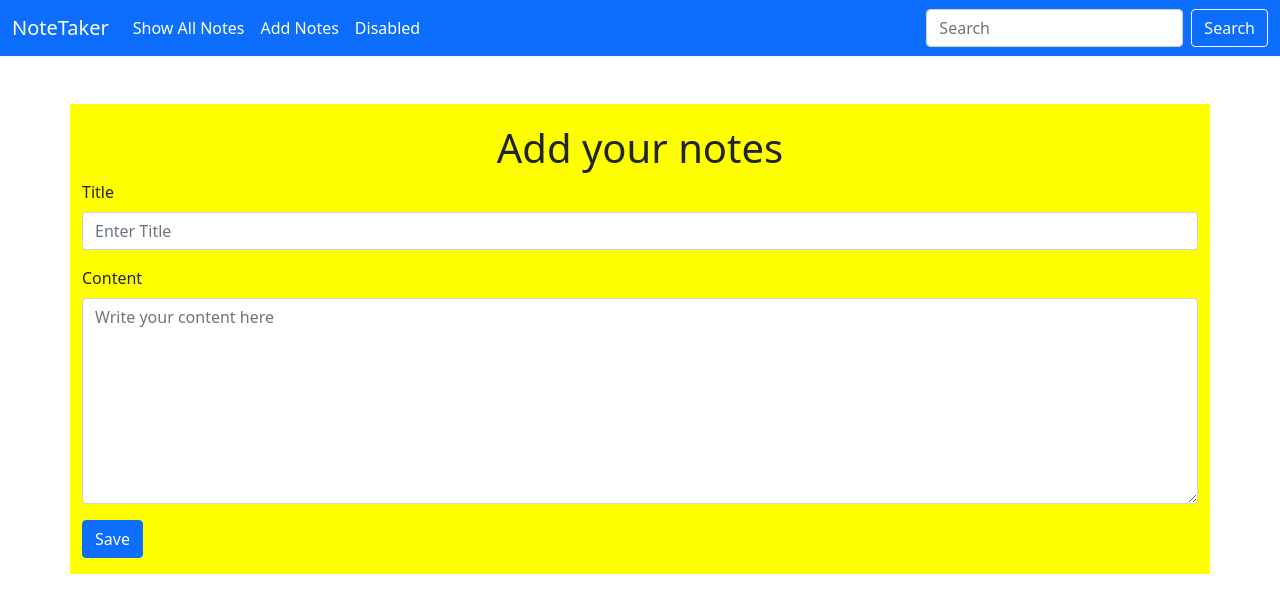
Repository: Shubham-Kumar-cmd/Hibernate
Page: http://localhost/NoteTakerApp/addNotes.jsp
An editor plug-in stored every save of this project. The page is shown before and after the next save, followed by the edit.
The browser window is 1280 px wide. The pictures show the whole page.
The page is served by Tomcat 9.

Above is the page before, as saved 2023-02-07 13:20:15.

After the next save:
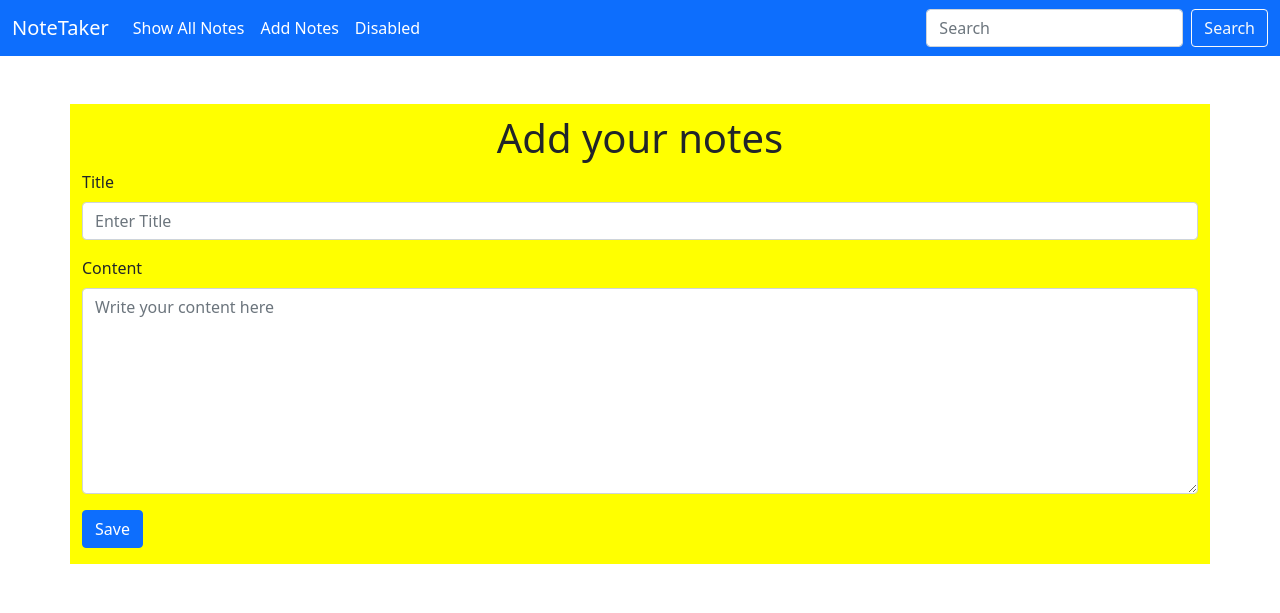
Saved 35 s later.
--- a/NoteTakerApp/src/main/webapp/css/style.css
+++ b/NoteTakerApp/src/main/webapp/css/style.css
@@ -10,6 +10,6 @@
  	margin:16px 8px;
  }
  .title{
- 	padding-top:20px;
+ 	padding-top:10px;
  	text-align:center;
  }
